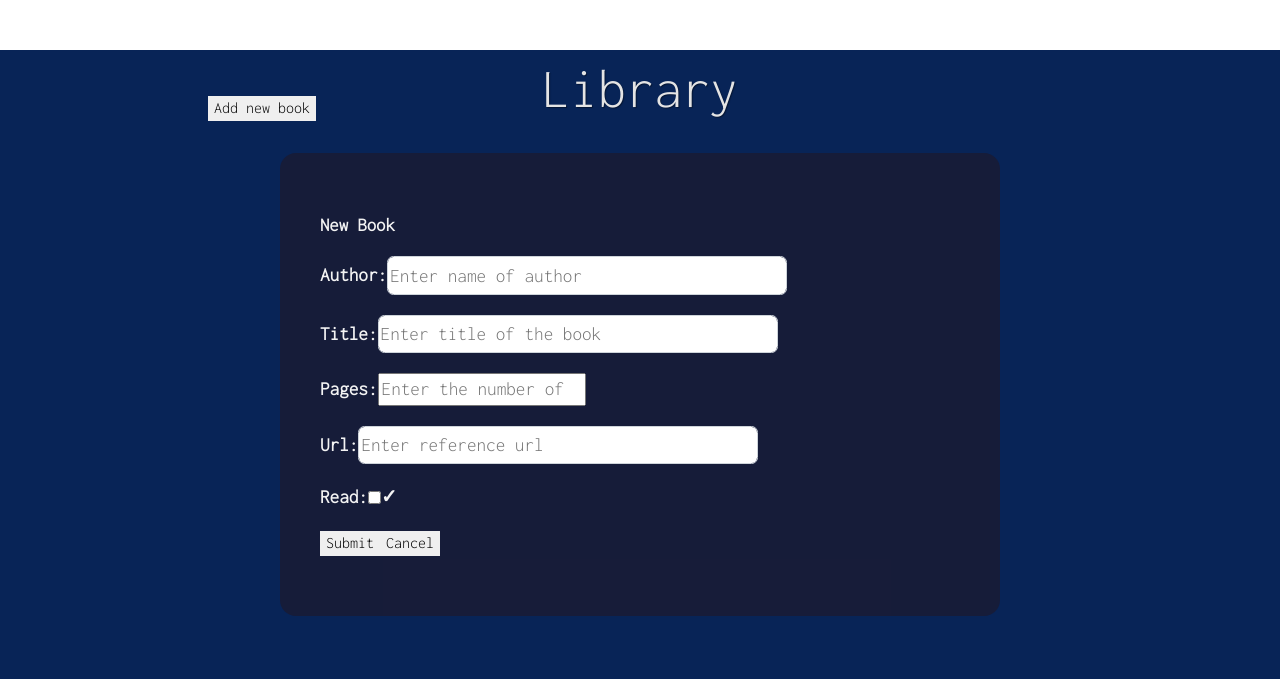
Repository: 0101chaitanya/Library
Page: index.html
An editor plug-in stored every save of this project. The page is shown before and after the next save, followed by the edit.
The browser window is 1280 px wide. The pictures show the whole page.

Above is the page before, as saved 2021-06-03 19:23:01.

### index.html
<!DOCTYPE html>
<html>

<head>
    <meta charset="UTF-8">
    <link rel="stylesheet" type="text/css" href="styles.css">

</head>
<div id="container">

</div>

<body>
    <script type="text/javascript" src="script.js"></script>

</body>

</html>

### styles.css
@import url('https://fonts.googleapis.com/css2?family=Inconsolata:wght@300&display=swap');
 :root {
    --color-white: #f3f3f3;
    --color-darkblue-alpha: rgba(27, 27, 50, 0.8);
    --color-green: #082457;
}

*,
*::before,
*::after {
    box-sizing: border-box;
}

body {
    font-family: 'Inconsolata', monospace;
    font-size: 1rem;
    font-weight: 1000;
    line-height: 1.4;
    color: var(--color-white);
    margin: 0;
}

body::before {
    content: '';
    position: fixed;
    height: 100%;
    width: 100%;
    z-index: -1;
    background: var(--color-green);
}

header {
    font-weight: 400;
    font-size: 3.5rem;
    margin-top: 0rem;
    text-shadow: 1px 1px 1px rgba(0, 0, 0, 0.4);
    color: #e4e4e4;
    text-align: center;
}

label {
    display: flex;
    align-items: center;
    font-size: 1.2rem;
}

input,
button {
    margin: 0;
    font-size: inherit;
    font-family: inherit;
    line-height: inherit;
}

button {
    border: none;
}

#container {
    width: 100%;
    margin: 3.125rem auto 0 auto;
}

@media (min-width: 576px) {
    #container {
        max-width: 540px;
    }
}

@media (min-width: 768px) {
    #container {
        max-width: 720px;
    }
}


/*
  @media (max-width: 400px) {
       :root {
          font-size: 7px;
      }
  }

  @media (min-width: 401px) and (max-width: 799px) {
       :root {
          font-size: 16px;
      }
  }

  @media (min-width: 800px) {
       :root {
          font-size: 24px;
      }
  }

  @media (min-width: 1000px) {
       :root {
          font-size: 26px;
      }
  }
   */

#newBookButton {
    position: relative;
    left: 20%;
    top: -2rem;
    left: -4.5rem;
}

form {
    background: var(--color-darkblue-alpha);
    padding: 2.5rem 6.25rem;
    border-radius: 1rem;
}

@media (min-width:480px) {
    form {
        padding: 2.5rem;
    }
}

.formGroup {
    margin: 0 auto 1.25rem auto;
}

.textBox {
    display: block;
    width: 25rem;
    height: 2.4rem;
    padding: - 0.375rem 0.75rem;
    background-color: white;
    background-clip: padding-box;
    border: 1px solid #ced4da;
    border-radius: 0.4rem;
    transition: border-color 0.15s ease-in- out, box-shadow 0.15s ease-in-out;
}

.textBox:focus {
    border-color: #80bdff;
    outline: 0;
    box-shadow: 0 0 1rem rgba(0, 255, 85, 0.25);
}


/*
  h3 {
      position: relative;
      margin-left: 0;
      top: -1rem;
      color: rgb(18, 156, 236);
  }

  #author {
      position: relative;
      margin-bottom: 0.2rem;
      top: -1.5rem;
      left: -0.3rem;
      max-width: fit-content;
  }

  #title,
  #pages {
      position: relative;
      margin-bottom: 0.2rem;
      max-width: auto;
      top: -1.5rem;
  }

  #url {
      position: relative;
      margin-bottom: 0.2rem;
      left: 0.8rem;
      max-width: auto;
      top: -1.5rem;
  }

  #read {
      position: relative;
      margin-bottom: 0.2rem;
      right: 5.0rem;
      top: -1.5rem;
      margin-bottom: -1rem;
  }

  #authorInput {
      position: relative;
      right: -0.70rem;
      max-width: 58.0%;
  }

  #titleInput,
  #pagesInput {
      position: relative;
      right: -0.7rem;
      max-width: 60%;
  }

  #urlInput {
      position: relative;
      right: -0.7rem;
      max-width: 65.5%;
  }

  #readInput {
      position: relative;
      right: -0.5rem;
      margin-bottom: 0.4rem;
  }

  .checkMark {
      position: relative;
      display: inline-flex;
      justify-content: center;
      align-items: center;
      left: -0.5rem;
      height: 0.9rem;
      width: 0.9rem;
      border-color: black;
      border-style: solid;
      border-width: 0.01rem;
      color: rgb(241, 232, 237);
      background: rgb(241, 232, 237);
  }

  #readInput:checked~.checkMark {
      color: rgb(26, 28, 43);
      background: rgb(235, 225, 230);
  } */

### script.js
let heading = document.createElement("header");
heading.textContent = 'Library';
container = document.getElementById("container");
container.appendChild(heading);
let newBook = document.createElement('button');
newBook.id = 'newBookButton';
newBook.textContent = 'Add new book';
container.appendChild(newBook);
let form = document.createElement('form');
h3 = document.createElement('h3');
form.appendChild(h3);

function createElmt(labelName, labelId, tipe, labelTextContent, inputId, inpId, req, place, checkMk) {
    formGroup = document.createElement('div');
    formGroup.classList.add('formGroup');
    labelName = document.createElement('label');
    labelName.textContent = labelTextContent;
    labelName.id = labelId;
    labelName.htmlFor = inputId;
    inputId = document.createElement('input');
    inputId.type = tipe;
    inputId.id = inpId;
    inputId.required = req;
    inputId.placeholder = place;
    if (inputId.type == 'text') {
        inputId.classList.add('textBox');
    }
    labelName.appendChild(inputId);
    if (checkMk == 'read') {
        let span = document.createElement('span');
        span.className = 'checkMark';
        span.innerHTML = '&#10003';


        labelName.appendChild(span);
    }
    formGroup.appendChild(labelName);

    form.appendChild(formGroup);
}
h3.textContent = `New Book`;
createElmt('author', 'author', 'text', 'Author:', 'authorInput', 'authorInput', true, 'Enter name of author');
createElmt('title', 'title', 'text', 'Title:', 'titleInput', 'titleInput', true, 'Enter title of the book');
createElmt('pages', 'pages', 'number', 'Pages:', 'pagesInput', 'pagesInput', true, 'Enter the number of pages');
createElmt('url', 'url', 'text', 'Url:', 'urlInput', 'urlInput', false, 'Enter reference url');

createElmt('read', 'read', 'checkbox', 'Read:', 'readInput', 'readInput', false, null, 'read');

submission = document.createElement('div');
submission.classList.add('formGroup');
submission.id = 'submission';
submit = document.createElement('button');
submit.textContent = 'Submit';
submission.appendChild(submit);
Cancel = document.createElement('button');
Cancel.textContent = 'Cancel';
submission.appendChild(Cancel);
form.appendChild(submission);
console.log('author'.id);

container.appendChild(form);
/*
let author = document.createElement('label');
author.textContent = 'Author :';
author.htmlFor = 'authorInput';
let authorInput = document.createElement('input');
authorInput.id = 'authorInput';
author.appendChild(authorInput);
document.body.appendChild(author);
 */


function setBookObj(author, title, pages, readStatus, refUrl) {
    this.author = author;
    this.title = title;
    this.pages = pages;
    this.readStatus = readStatus;
    this.refUrl = refUrl;
}

After the next save:
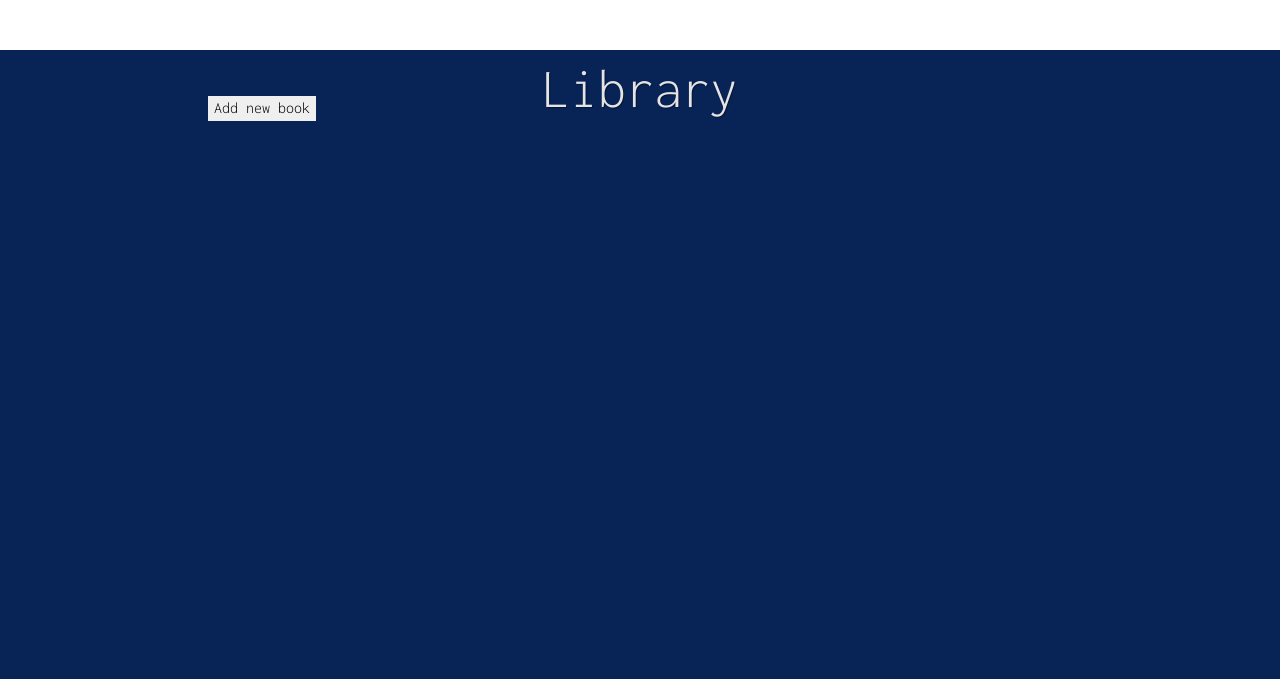
Console error: ReferenceError: h3 is not defined
Saved 54 s later.
--- a/script.js
+++ b/script.js
@@ -7,7 +7,7 @@
 newBook.textContent = 'Add new book';
 container.appendChild(newBook);
 let form = document.createElement('form');
-h3 = document.createElement('h3');
+h1 = document.createElement('h1');
 form.appendChild(h3);
 
 function createElmt(labelName, labelId, tipe, labelTextContent, inputId, inpId, req, place, checkMk) {

After the 2 saves that followed:
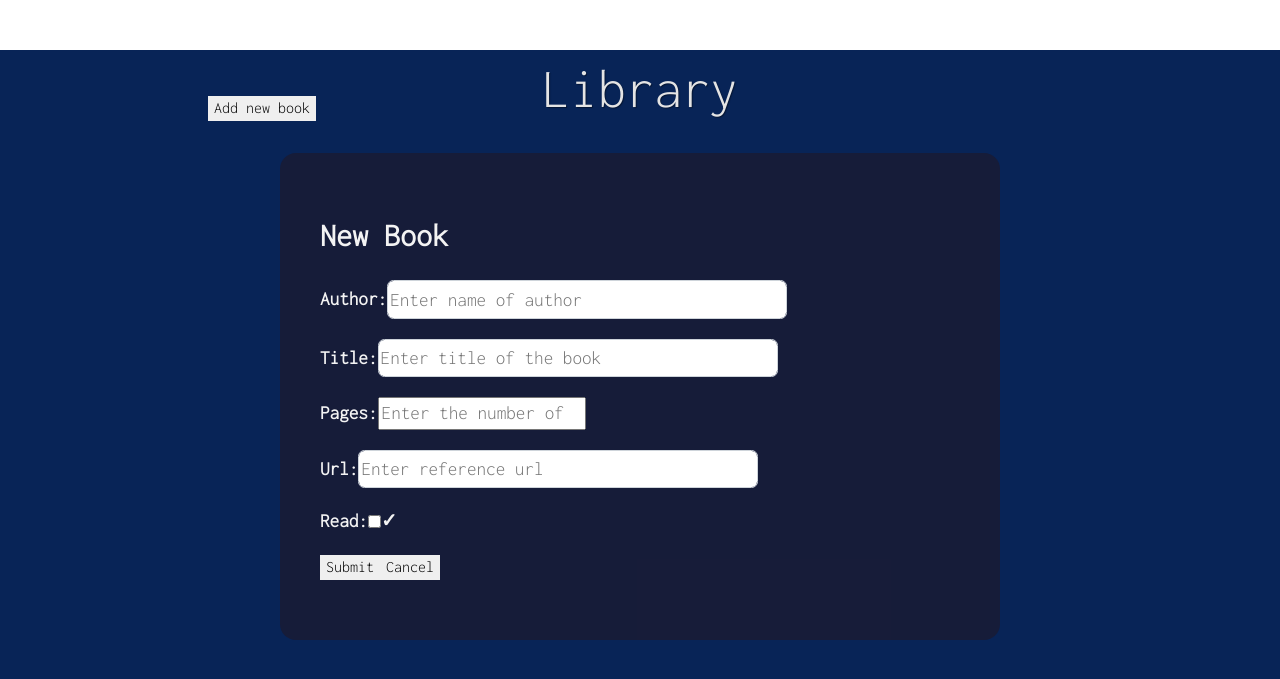
The error is gone.
The 2 saves are shown as one change because 1 left the picture as it was.
The last was saved 17 s later.
--- a/script.js
+++ b/script.js
@@ -8,7 +8,7 @@
 container.appendChild(newBook);
 let form = document.createElement('form');
 h1 = document.createElement('h1');
-form.appendChild(h3);
+form.appendChild(h1);
 
 function createElmt(labelName, labelId, tipe, labelTextContent, inputId, inpId, req, place, checkMk) {
     formGroup = document.createElement('div');
@@ -38,7 +38,7 @@
 
     form.appendChild(formGroup);
 }
-h3.textContent = `New Book`;
+h1.textContent = `New Book`;
 createElmt('author', 'author', 'text', 'Author:', 'authorInput', 'authorInput', true, 'Enter name of author');
 createElmt('title', 'title', 'text', 'Title:', 'titleInput', 'titleInput', true, 'Enter title of the book');
 createElmt('pages', 'pages', 'number', 'Pages:', 'pagesInput', 'pagesInput', true, 'Enter the number of pages');
